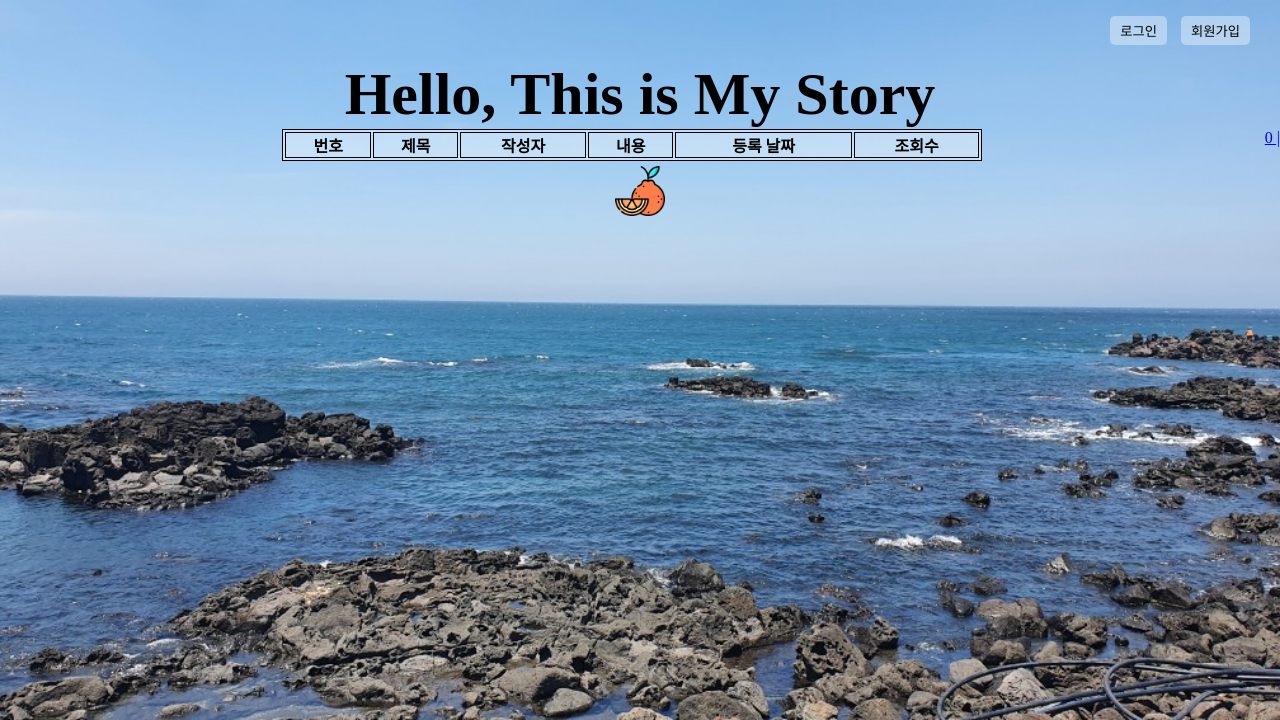
Repository: jeeniii/test2022_12_29
Page: http://localhost/portfolio/board/list.jsp
These files come from the project's save history. The page is drawn as it stood at one moment and after the next save; the edit follows.
The browser window is 1280 px wide. The pictures show the whole page.
The page is served by Tomcat 9. The template is opened directly, without the code that normally fills it, so the values that code supplies are empty.

Above is the page before, as saved 2022-12-13 14:01:10.

After the next save:
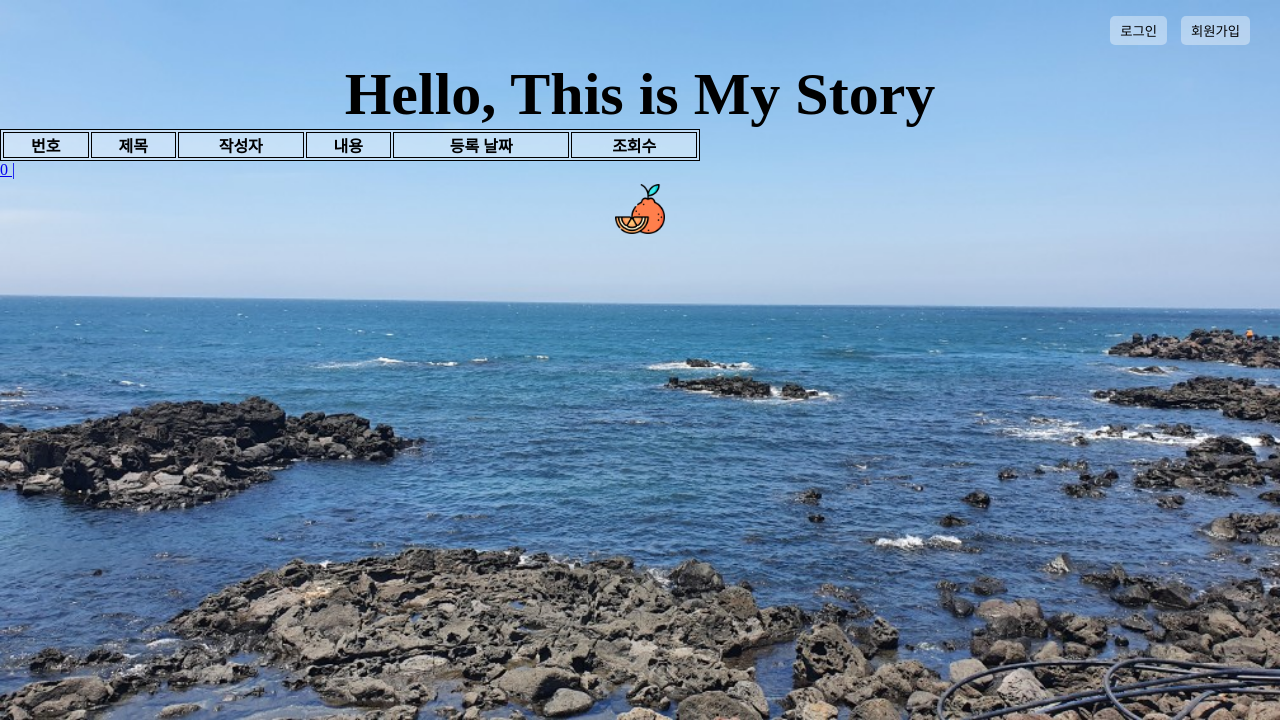
Saved 39 s later.
--- a/JSP_Portfolio/portfolio/src/main/webapp/resources/css/boardlist.css
+++ b/JSP_Portfolio/portfolio/src/main/webapp/resources/css/boardlist.css
@@ -15,6 +15,6 @@ img{
 	height: 70px;
 }
 .tablelist{
-	display: flex;
+	display: inline-block;
 	justify-content: center;
 }
